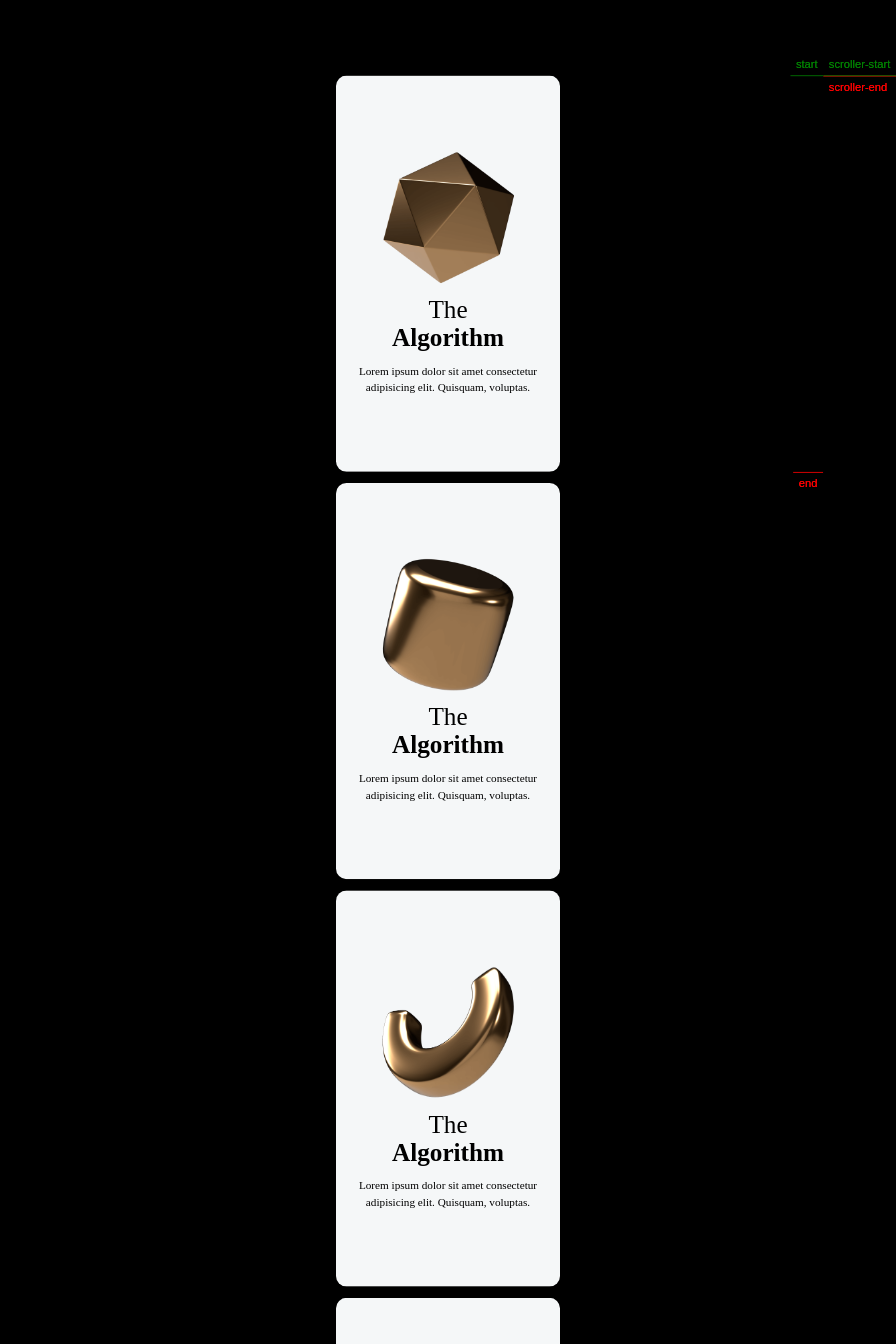
Repository: Himani0002/Scroll-Trigger
Page: index.html
An editor plug-in stored every save of this project. The page is shown before and after a run of saves, followed by the edit.
The browser window is 1280 px wide. The pictures show the part of the page from y = 0 to 1920 px (the page is 3728 px tall), at 70% of full size.
Some web fonts or font styles are not loaded; a fallback is used. Some web libraries are served in a nearby version.

Above is the page before, as saved 2024-11-15 21:59:17.

### index.html
<!DOCTYPE html>
<html lang="en">

<head>
  <meta charset="UTF-8">
  <meta name="viewport" content="width=device-width, initial-scale=1.0">

  <script src="https://cdn.tailwindcss.com"></script>
  <title>Document</title>
  <style>
    @import url('https://fonts.googleapis.com/css2?family=Edu+AU+VIC+WA+NT+Pre:wght@400..700&family=Lato:ital,wght@0,100;0,300;0,400;0,700;0,900;1,100;1,300;1,400;1,700;1,900&family=Montserrat:ital,wght@0,100..900;1,100..900&family=Roboto+Slab:wght@100..900&display=swap');

    * {
      padding: 0;
      font-family: "Edu AU VIC WA NT Pre", cursive;
      margin: 0;
      box-sizing: border-box;
    }

    html,
    body {
      height: 100%;
      width: 100%;
      background-color: black;
    }
  </style>
</head>

<body>
  <main class="w-full  text-center flex flex-col gap-4 items-center pt-[15vh]">
    <div
      class="card1 flex sticky top-[15vh] flex-col w-[25svw] rounded-[15px] py-[15vh] px-[20px] gap-4 items-center bg-[#F5F7F8]">
      <img src="./image/1.png" class="w-[190px] aspect-square" alt="">
      <h1 class="text-4xl font-thin">
        The<br>
        <span class="font-bold">Algorithm</span>
      </h1>
      <p>
        Lorem ipsum dolor sit amet consectetur adipisicing elit. Quisquam, voluptas.
      </p>
    </div>
    <div
      class="card2 sticky top-[15vh] flex flex-col w-[25svw] rounded-[15px] py-[15vh] px-[20px] gap-4 items-center bg-[#F5F7F8]">
      <img src="./image/2.png" class="w-[190px] aspect-square" alt="">
      <h1 class="text-4xl font-thin">
        The<br>
        <span class="font-bold">Algorithm</span>
      </h1>
      <p>
        Lorem ipsum dolor sit amet consectetur adipisicing elit. Quisquam, voluptas.
      </p>
    </div>
    <div
      class="card3 sticky top-[15vh] flex flex-col w-[25svw] rounded-[15px] py-[15vh] px-[20px] gap-4 items-center bg-[#F5F7F8]">
      <img src="./image/3.png" class="w-[190px] aspect-square" alt="">
      <h1 class="text-4xl font-thin">
        The<br>
        <span class="font-bold">Algorithm</span>
      </h1>
      <p>
        Lorem ipsum dolor sit amet consectetur adipisicing elit. Quisquam, voluptas.
      </p>
    </div>
    <div
      class="card4 sticky top-[15vh] flex flex-col w-[25svw] rounded-[15px] py-[15vh] px-[20px] gap-4 items-center bg-[#F5F7F8]">
      <img src="./image/4.png" class="w-[190px] aspect-square" alt="">
      <h1 class="text-4xl font-thin">
        The<br>
        <span class="font-bold">Algorithm</span>
      </h1>
      <p>
        Lorem ipsum dolor sit amet consectetur adipisicing elit. Quisquam, voluptas.
      </p>
    </div>
    <div
      class="card5 sticky top-[15vh] flex flex-col w-[25svw] rounded-[15px] py-[15vh] px-[20px] gap-4 items-center bg-[#F5F7F8]">
      <img src="./image/5.png" class="w-[190px] aspect-square" alt="">
      <h1 class="text-4xl font-thin">
        The<br>
        <span class="font-bold">Algorithm</span>
      </h1>
      <p>
        Lorem ipsum dolor sit amet consectetur adipisicing elit. Quisquam, voluptas.
      </p>
    </div>
    <div
      class="card6 sticky top-[15vh] flex flex-col w-[25svw] rounded-[15px] py-[15vh] px-[20px] gap-4 items-center bg-[#F5F7F8]">
      <img src="./image/6.png" class="w-[190px] aspect-square" alt="">
      <h1 class="text-4xl font-thin">
        The<br>
        <span class="font-bold">Algorithm</span>
      </h1>
      <p>
        Lorem ipsum dolor sit amet consectetur adipisicing elit. Quisquam, voluptas.
      </p>
    </div>

  </main>


</body>
<script src="https://cdnjs.cloudflare.com/ajax/libs/gsap/3.12.5/gsap.min.js"
  integrity="sha512-7eHRwcbYkK4d9g/6tD/mhkf++eoTHwpNM9woBxtPUBWm67zeAfFC+HrdoE2GanKeocly/VxeLvIqwvCdk7qScg=="
  crossorigin="anonymous" referrerpolicy="no-referrer"></script>
<script src="https://cdnjs.cloudflare.com/ajax/libs/gsap/3.12.5/ScrollTrigger.min.js"
  integrity="sha512-onMTRKJBKz8M1TnqqDuGBlowlH0ohFzMXYRNebz+yOcc5TQr/zAKsthzhuv0hiyUKEiQEQXEynnXCvNTOk50dg=="
  crossorigin="anonymous" referrerpolicy="no-referrer"></script>
<script src="script.js"></script>

</html>

### script.js
gsap.to(".card1", {
  scale: 0.7,
  opacity: 0,
  scrollTrigger: {
    trigger: ".card1",
    start: "top 15%",
    end: "bottom 15%",
    markers: true,
    scrub: true,
  },
});
gsap.to(".card1", {
  scale: 0.7,
  opacity: 0,
  scrollTrigger: {
    trigger: ".card1",
    start: "top 15%",
    end: "bottom 15%",
    markers: true,
    scrub: true,
  },
});

After the next 6 saves:
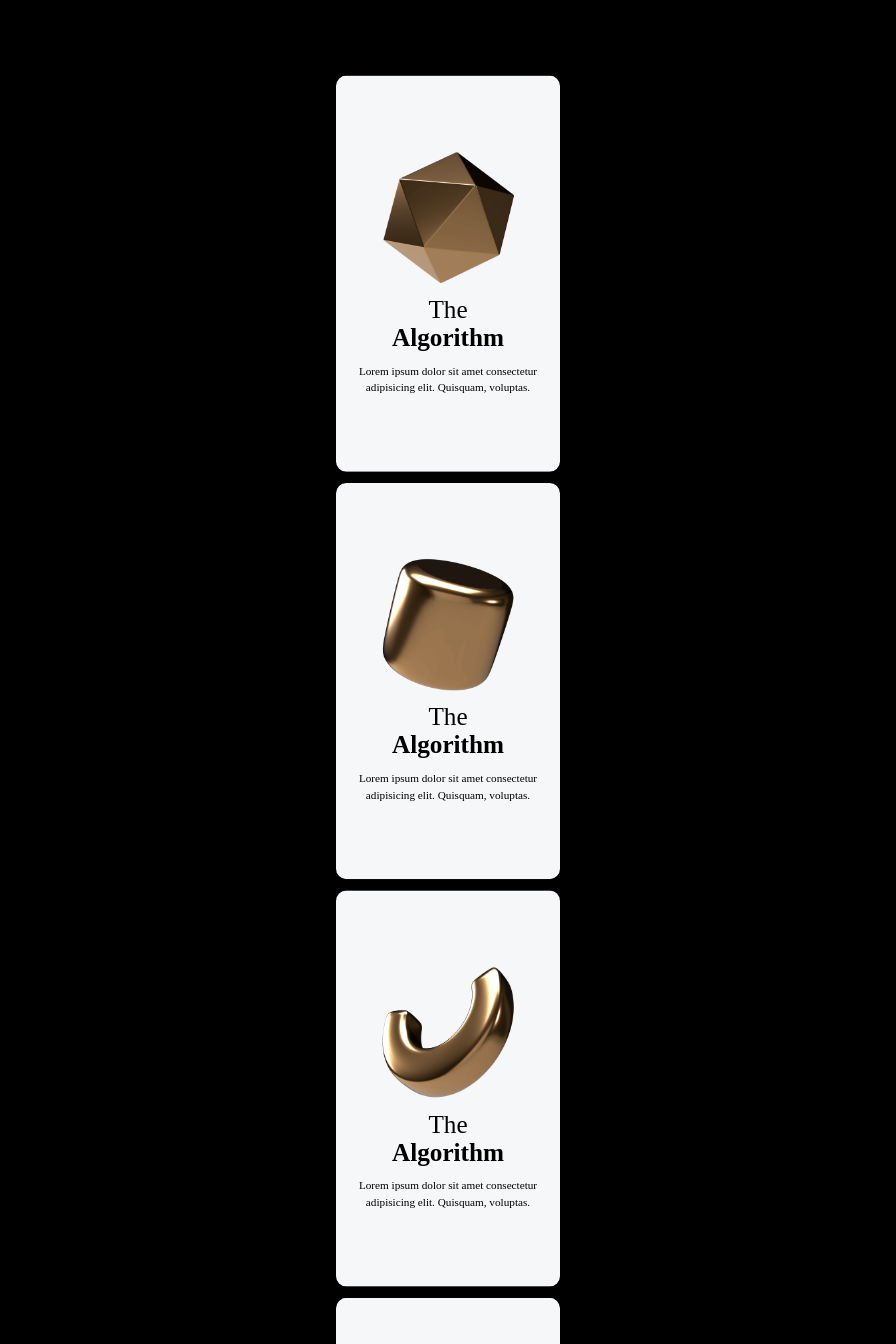
Console error: SyntaxError: Invalid or unexpected token
The 6 saves are shown as one change because they came seconds apart.
The last was saved 17 s later.
--- a/script.js
+++ b/script.js
@@ -9,11 +9,12 @@
     scrub: true,
   },
 });
-gsap.to(".card1", {
+
+gsap.to(".card2, {
   scale: 0.7,
   opacity: 0,
   scrollTrigger: {
-    trigger: ".card1",
+    trigger: ".card2",
     start: "top 15%",
     end: "bottom 15%",
     markers: true,

After the 5 saves that followed:
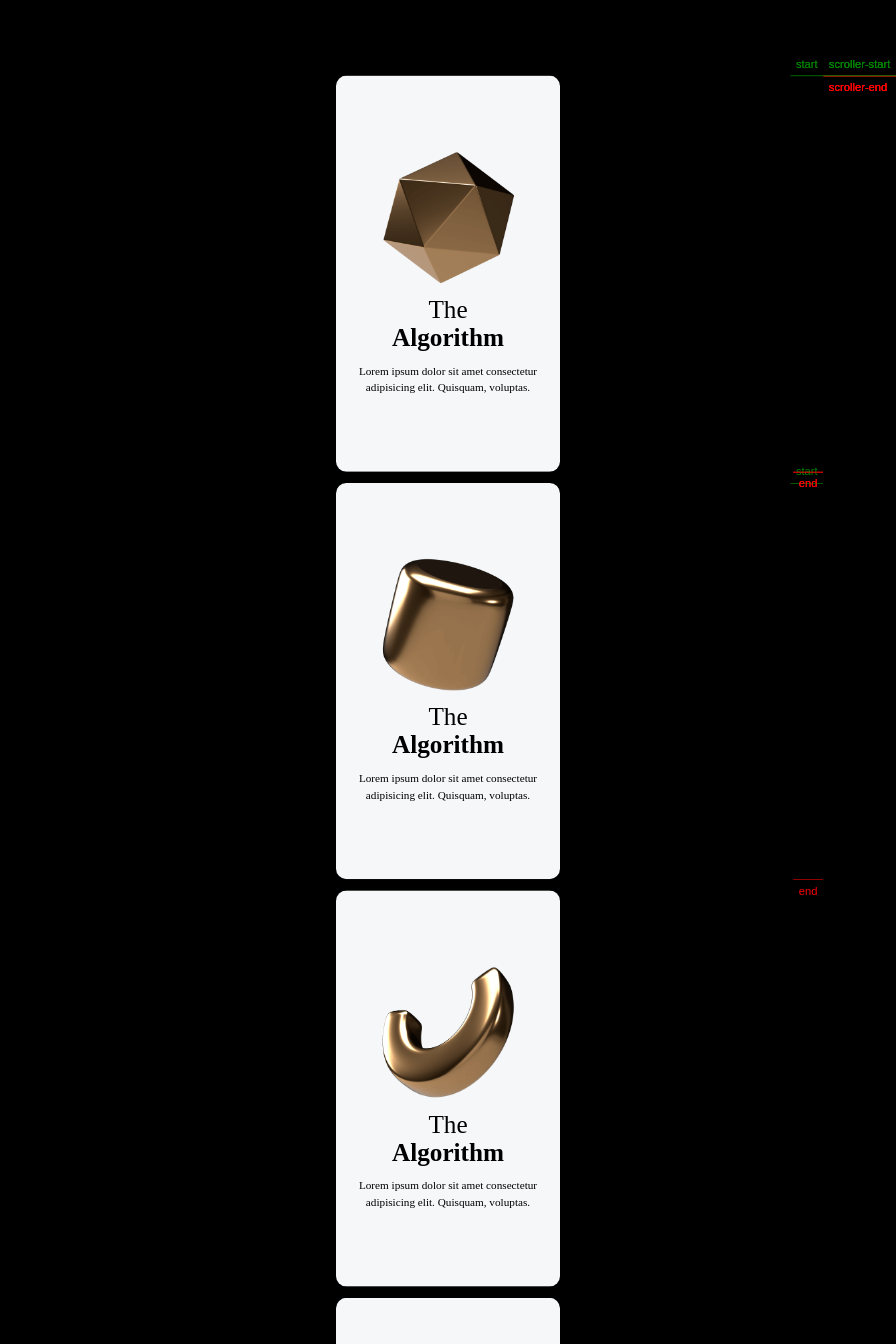
The error is gone.
The 5 saves are shown as one change because they came seconds apart.
The last was saved 18 s later.
--- a/script.js
+++ b/script.js
@@ -9,8 +9,7 @@
     scrub: true,
   },
 });
-
-gsap.to(".card2, {
+gsap.to(".card2", {
   scale: 0.7,
   opacity: 0,
   scrollTrigger: {
@@ -21,3 +20,13 @@
     scrub: true,
   },
 });
+gsap.to(".card1", {
+  scale: 0.7,
+  opacity: 0,
+  scrollTrigger: {
+    trigger: ".card1",
+    start: "top 15%",
+    end: "bottom 15%",
+    markers: true,
+  },
+});
